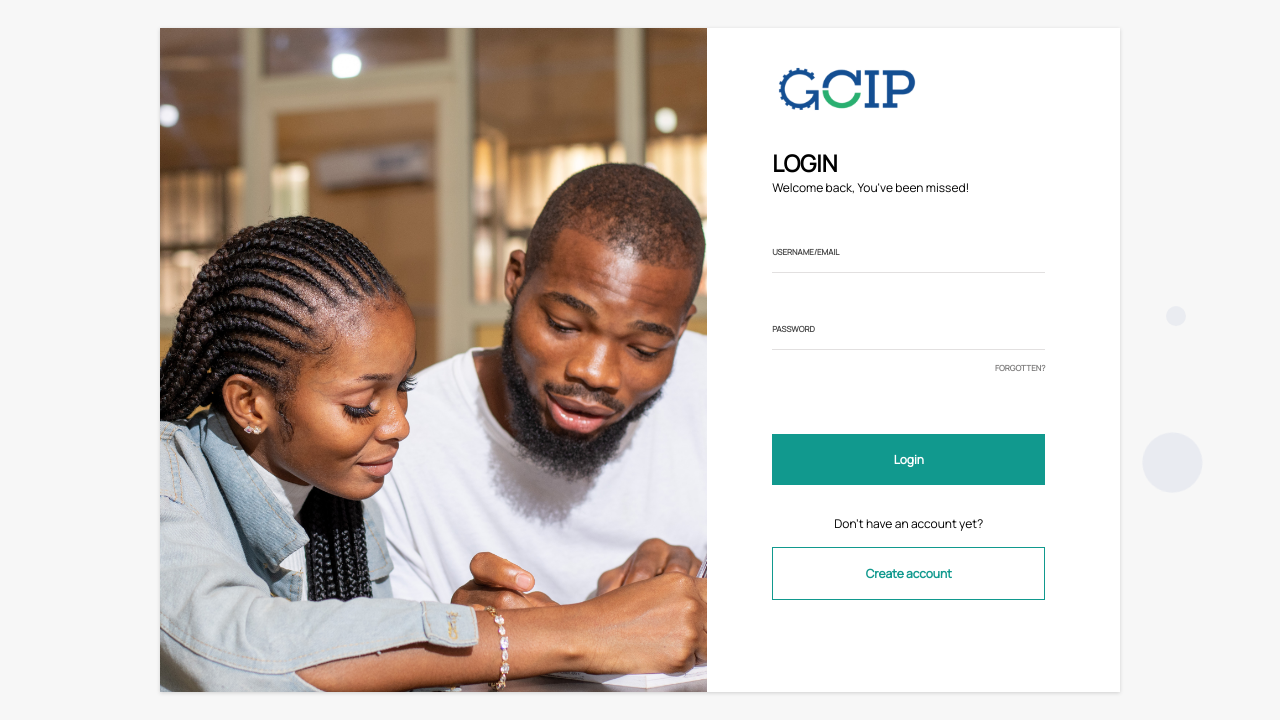
Repository: mualiyu/GCIP-Applicant-Portal
Page: /
An editor plug-in stored every save of this project. The page is shown before and after the next save, followed by the edit.
The browser window is 1280 px wide. The pictures show the whole page.
The project was rebuilt for these pictures with package versions that can differ from the ones it lists, and the page was loaded fresh each time. Also part of the build but not shown: vite.config.ts, src/pages/styles/login.css, src/components/Common.tsx, src/components/styles/input.css, src/components/Input.tsx, src/components/styles/button.css, src/assets/Colors/Colors.ts, src/components/Button.tsx and 81 more.

Above is the page before, as saved 2024-03-13 05:35:15.

### index.html
<!DOCTYPE html>
<html lang="en">

<head>
  <meta charset="UTF-8" />
  <meta http-equiv="Cache-Control" content="no-cache, no-store, must-revalidate">
  <meta http-equiv="Pragma" content="no-cache">
  <meta http-equiv="Expires" content="0">
  <link rel="icon" type="image/svg+xml" href="/svg.svg" />
  <meta name="viewport" content="width=device-width, initial-scale=1.0" />
  <link rel="preconnect" href="https://fonts.googleapis.com" />
  <link rel="preconnect" href="https://fonts.gstatic.com" crossorigin />
  <link rel="preconnect" href="https://fonts.googleapis.com">
  <link rel="preconnect" href="https://fonts.gstatic.com" crossorigin>
  <link href="https://fonts.googleapis.com/css2?family=Manrope:wght@200;300;400&display=swap" rel="stylesheet">
  <link href="https://fonts.googleapis.com/css2?family=Roboto&display=swap" rel="stylesheet" />
  <title>AMP Grant Management Platform</title>
</head>

<body>
  <div id="root"></div>
  <script type="module" src="/src/main.tsx"></script>
</body>

</html>

### src/main.tsx
import React from "react";
import ReactDOM from "react-dom/client";
import App from "./App";
import { BrowserRouter } from "react-router-dom";
import { Provider } from "react-redux";
import { store } from "./redux/store";
import { persistor } from "./redux/store";
import { PersistGate } from "redux-persist/integration/react";

ReactDOM.createRoot(document.getElementById("root") as HTMLElement).render(
  <BrowserRouter>
    <React.StrictMode>
      <Provider store={store}>
        <PersistGate loading={null} persistor={persistor}>
          <App />
        </PersistGate>
      </Provider>
    </React.StrictMode>
  </BrowserRouter>
);

### src/App.jsx
import React from "react";
import { Route, Routes } from "react-router-dom";
import Login from "./pages/Login";
import SignUp from "./pages/SignUp";
import LayOut from "./pages/Dashboard/LayOut";
import Home from "./pages/Dashboard/Home";
import "./App.css";
import Verify from "./pages/Verify";
import ProgramHome from "./pages/Programme/ProgramHome";
import ProgramLayOut from "./pages/Programme/ProgramLayOut";
import Application from "./pages/Programme/Application";
import ProgramPage from "./pages/Dashboard/ProgramPage";
import Profile from "./pages/Programme/Profile";
import Document from "./pages/Programme/Document";
import "nprogress/nprogress.css";
import Messages from "./pages/Programme/Messages";
import ProtectedRoute from "./routes/ProtectedRoute";
import RedirectedRoute from "./routes/RedirectedRoute";
import ForgotPassword from "./pages/ForgotPassword";
import Grant from "./pages/Programme/components/request-for-grant";

export default function App() {
  return (
    <Routes>
      <Route
        element={
          <RedirectedRoute>
            <Login />
          </RedirectedRoute>
        }
        path="/"
      />
      <Route element={<SignUp />} path="/signup" />
      <Route element={<ForgotPassword />} path="/forgot" />
      <Route element={<Verify />} path="/verify/:token" />
      <Route
        path="Home"
        element={
          <ProtectedRoute>
            <LayOut />
          </ProtectedRoute>
        }>
        <Route index element={<Home />} />
        <Route path="Program/:id" element={<ProgramPage />} />
        <Route path="Profile" element={<Profile />} />
      </Route>
      <Route
        path="Programme"
        element={
          <ProtectedRoute>
            <ProgramLayOut />
          </ProtectedRoute>
        }>
        <Route index element={<ProgramHome />} />
        <Route path="Application" element={<Application />} />
        <Route path="Application/Grant" element={<Grant />} />
        <Route path="Message" element={<Messages />} />
        <Route path="Document" element={<Document />} />
        <Route path="Profile" element={<Profile />} />
      </Route>
    </Routes>
  );
}

### src/redux/store.ts
import { combineReducers, configureStore } from "@reduxjs/toolkit";
import userSlice from "./user/userSlice";
import userDetailSlice from "./user/userDetailSlice";
import storageSession from "reduxjs-toolkit-persist/lib/storage/session";
import { persistReducer, persistStore } from "redux-persist";
import programSlice from "./program/programSlice";
import storage from 'redux-persist/lib/storage'
import applicantSlice from "./applicant/applicantSlice";

const persistConfig = {
  key: "root",
  storage,
};
const rootReducer = combineReducers({
  user: userSlice,
  program:programSlice,
  applicant:applicantSlice
});
const persistedReducer = persistReducer(persistConfig, rootReducer);
export const store = configureStore({
  reducer: persistedReducer,
});
export const persistor = persistStore(store);

export type RootState = ReturnType<typeof store.getState>;

export type AppDispatch = typeof store.dispatch;

### src/pages/Login.jsx
import React, { useState } from "react";
import "./styles/login.css";
import Logo from "../assets/Images/or_logo.png";
import { Navigate, useLocation } from "react-router-dom";
import { Header, RegularText } from "../components/Common";
import Input from "../components/Input";
import Button from "../components/Button";
import { useNavigate } from "react-router";
import { useDispatch, useSelector } from "react-redux";
import { setUser } from "../redux/user/userSlice";
import * as Yup from "yup";
import { Fade } from "react-awesome-reveal";
import { useFormik } from "formik";
import Loading from "../components/Loading";
import query from "../helpers/query";
import Modal from "react-modal";
import Alert from "../components/Alert";
import { ArrowIcon } from "../assets/Svg/Index";
import { FaWindowClose } from "react-icons/fa";
const customStyles = {
  content: {
    top: "50%",
    left: "50%",
    right: "auto",
    bottom: "auto",
    marginRight: "-50%",
    transform: "translate(-50%, -50%)",
    maxHeight: "90vh",
    minWidth: "50vw",
    overflowX: "hidden",
  },
  overlay: {
    backgroundColor: "rgba(0,0,0,0.5)",
  },
};

import {
  setEducatioanlQualification,
  setMembership,
  setPersonalDetails,
  setSupportingDocs,
} from "../redux/user/userDetailSlice";
import { useEffect } from "react";
function Login() {
  const navigate = useNavigate();
  const [loading, setLoading] = useState(false);
  const [alertText, setAlert] = useState("");
  const [openAdvisableModal, setOpenAdvisableModal] = useState(true);
  const [alertText2, setAlert2] = useState("");
  const [modalIsOpen, setIsOpen] = useState(false);
  const [resetValue, setReset] = useState("");
  const data = useSelector((data) => data);
  let location = useLocation();

  const dispatch = useDispatch();
  const initialValues = {
    username: "",
    password: "",
  };
  const validationSchema = Yup.object({
    password: Yup.string()
      .min(6, "Password must be more than six characters")
      .required(),
    username: Yup.string().required(),
  });
  const formik = useFormik({
    initialValues,
    onSubmit: async (values) => {
      values.device_name = 1234;
      setLoading(true);
      const response = await query({
        method: "POST",
        url: "/api/applicant/login",
        bodyData: values,
      });
      setLoading(false);
      setAlert("Oops! there seems to be an error. Confirm login credientials");
      setTimeout(() => {
        setAlert("");
      }, 5000);
      console.log(response);
      if (response.success) {
        setAlert("Logged In");
        console.log(response);
        localStorage.setItem("authToken", response.data.data.token);
        dispatch(
          setUser({
            user: {
              email: response.data.data.user.email,
              name: response.data.data.user.name,
              isLoggedIn: true,
              token: response.data.data.token,
              phone: response.data.data.user.phone,
              id: response.data.data.user.id,
              username: response.data.data.user.username,
              address: response.data.data.user.address,
              rcNumber: response.data.data.user.rc_number,
              inCharge: response.data.data.user.person_incharge,
            },
          })
        );
        navigate("/Home");
      } else {
        console.log(response.data.message);
        setAlert(response.data.message);
      }
      setTimeout(() => {
        setAlert("");
      }, 3000);
    },
    validationSchema,
  });

  return (
    <Fade>
      <section className="wrapper bubble">
        <Loading loading={loading} />
        <Alert text={alertText} />
        <div className="col-9 flex flex-center shadow_light auth mt-xl light bubble3">
          <div className="col-8 login-banner"></div>
          <div className="col-5 pl-xl pr-xl bubble2">
            <div className="form-container">
              <img
                src="../../src/assets/images/gcip_logo.png"
                alt="GCIP Logo"
                height="50"
                width="150"
              />
              <h2 className="title mt-xl heading">Login </h2>
              <p className="sub_title mb-xl">
                {" "}
                Welcome back, You've been missed!
              </p>

              {/* <form className="mt-xxl"> */}
              <div className="form__group field col-12">
                <input
                  type="input"
                  className="form__field"
                  placeholder="Username"
                  id="username"
                  onChange={formik.handleChange}
                  required
                />
                <label for="username" className="form__label">
                  Username/Email
                </label>
              </div>
              <div className="form__group field col-12">
                <input
                  type="password"
                  className="form__field"
                  placeholder="******"
                  id="password"
                  onChange={formik.handleChange}
                  required
                />
                <label for="password" className="form__label">
                  Password
                </label>
              </div>
              <p className="sub-title right uppercase mt-n20">
                {" "}
                <a
                  onClick={() => {
                    navigate("forgot");
                  }}
                  className="forgotten pointer bold">
                  Forgotten?
                </a>
              </p>
              <button
                className="btn btn-lg btn-accent bold mt-xxl"
                onClick={formik.handleSubmit}>
                Login
              </button>

              <div className="mt-xl">
                <p className="center m-md">Don't have an account yet? </p>
                <button
                  className="btn btn-lg btn-secondary bold"
                  onClick={() => navigate("signup")}>
                  Create account
                </button>
              </div>
            </div>
          </div>
        </div>
      </section>

      {/* <Modal
          isOpen={openAdvisableModal}
          appElement={document.getElementById("root")}
          style={customStyles}>
          <div
            className=""
            style={{
              display: "flex",
              flexDirection: "column",
            }}>
            <Header text="Note" />
            <div className="">
              <p style={{ lineHeight: "2em" }}>
                For better experience, it is advisable you use the Google Chrome
                or Mozilla Firefox browser.
              </p>
            </div>

            <div
              style={{
                display: "flex",
                width: "25%",
                marginTop: 48,
                justifyContent: "space-between",
                marginLeft: "auto",
              }}>
              <Button
                onClick={() => {
                  setOpenAdvisableModal(false);
                }}
                fontStyle={{
                  color: "var(--primary)",
                }}
                style={{
                  width: 134,
                  backgroundColor: "#fff",
                  border: "1px solid var(--primary)",
                }}
                label="CLOSE"
              />
            </div>
          </div>
        </Modal> */}
      {/* </div> */}
    </Fade>
  );
}

export default Login;

### src/redux/user/userSlice.ts
import { createAsyncThunk, createSlice } from "@reduxjs/toolkit";
import type { PayloadAction } from "@reduxjs/toolkit";

export interface UserState {
  user: {
    name: string;
    phone: string;
    username: string;
    id: number;
    email: string;
    token: string;
    isLoggedIn: boolean;
    rcNumber: string;
    inCharge: string;
    address: string;
  };
  jv?: any[];
  unread?: number;
}

const initialState: UserState = {
  user: {
    name: "",
    phone: "",
    email: "",
    token: "",
    id: 0,
    username: "",
    isLoggedIn: false,
    rcNumber: "",
    inCharge: "",
    address: "",
  },
  jv: [],
  unread: 0,
};

export const userSlice = createSlice({
  name: "user",
  initialState,
  reducers: {
    setUser: (state, action: PayloadAction<UserState>) => {
      state.user = action.payload.user;
    },
    setJv: (state, action) => {
      state.jv = action.payload;
    },
    setUnread: (state, action) => {
      state.unread = action.payload;
    },
  },
});

// Action creators are generated for each case reducer function
export const { setUser, setJv, setUnread } = userSlice.actions;

export default userSlice.reducer;

### src/redux/applicant/applicantSlice.ts
import { createAsyncThunk, createSlice } from "@reduxjs/toolkit";
import type { PayloadAction } from "@reduxjs/toolkit";

export interface ApplicantState {
  applicant: {
    lots?: {
      name: string;
      region: string;
      category: string;
      subLots?: any[];
    }[];
    subLots?: any[];
    status: string;
    id?: string;
  };
  categories?: any;
  regions?: any;
  application?: {
    applicant_id?: string;
    id?: string;
    program_id?: string;
  };
  activeTab?: number;
}

const initialState: ApplicantState = {
  applicant: {
    lots: [],
    subLots: [],
    status: "",
    id: "",
  },
  categories: [],
  regions: [],
  application: {
    applicant_id: "",
    program_id: "",
    id: "",
  },
  activeTab: 0,
};

export const applicant = createSlice({
  name: "applicant",
  initialState,
  reducers: {
    setLots: (state, action) => {
      state.applicant.lots = action.payload;
    },
    setCategories: (state, action) => {
      state.categories = action.payload;
    },
    setRegions: (state, action) => {
      state.regions = action.payload;
    },
    setStatus: (state, action) => {
      state.applicant.status = action.payload;
    },
    setSubLots: (state, action) => {
      state.applicant.subLots = action.payload;
    },
    setApplication: (state, action) => {
      state.application = action.payload;
    },
    setActiveTab: (state, action) => {
      state.activeTab = action.payload;
    },
    setLotId: (state, action) => {
      state.applicant.id = action.payload;
    },
  },
});

// Action creators are generated for each case reducer function
export const {
  setCategories,
  setLots,
  setRegions,
  setStatus,
  setSubLots,
  setApplication,
  setActiveTab,
  setLotId
} = applicant.actions;

export default applicant.reducer;

### src/components/Loading.tsx
import React from "react";
import "./styles/loading.css";
import ClipLoader from "react-spinners/ClipLoader";

import LoadingImage from "../assets/Images/load.gif";
// import { DotLoader } from "react-spinners";
import {MoonLoader} from "react-spinners";
interface LoadingProps {
  loading: boolean;
  size: 60
}

export default function Loading({ loading, size}: LoadingProps) {
  return (
    <div className={`loading ${loading ? "active" : null}`}>
      {/* <img src={LoadingImage} /> */}
      <MoonLoader color="#006438"
      loading={loading}
      size={size}
      // style={style}
      speedMultiplier={0.6}
      aria-label="Loading Spinner"
      data-testid="loader" />
      {/* <DotLoader
        color='#33745d'
        loading={loading}
        size={150}
        aria-label="Loading Spinner"
        data-testid="loader"
      /> */}

    </div>
  );
}

### src/helpers/query.ts
import axios from "axios";
import { useState } from "react";
interface QueryParams {
  method: string;
  url: string;
  bodyData?: {};
  token?: string | any;
}
export default async function query({
  method,
  url,
  bodyData,
  token = "",
}: QueryParams) {
  let headers1 = {
    "Content-Type": "application/json",
    Authorization: "Bearer " + token, //`Bearer ${token}`
  };
  let headers2 = {
    "Content-Type": "application/json",
  };
  const conditionalHeader = token ? headers1 : headers2;

  // console.log("Your Test token is " + token)

  try {
    if (method == "GET") {
      var response = await fetch(
        `https://api.grants.amp.gefundp.rea.gov.ng${url}`,
        {
          headers: conditionalHeader,
          method,
        }
      );
    } else {
      var response = await fetch(
        `https://api.grants.amp.gefundp.rea.gov.ng${url}`,
        {
          method,
          headers: conditionalHeader,
          body: JSON.stringify(bodyData),
        }
      );
      console.log(JSON.stringify(bodyData), "jssss");
    }

    const data = await response.json();
    if (data.status) {
      return { success: true, data: data };
    } else {
      return { success: false, data: data };
    }
  } catch (err) {
    return { success: false, error: err };
  }
}

### src/components/Alert.tsx
import React from "react";
import "./styles/alert.css";
export default function Alert({ text }: { text: string }) {
  return (
    <div className={`alert ${text ? "active" : null}`}>
      <span>{text}</span>
    </div>
  );
}

### src/redux/user/userDetailSlice.ts
import { createSlice } from "@reduxjs/toolkit";
import type { PayloadAction } from "@reduxjs/toolkit";


export interface UserDetailState {
  personalDetails?: {
    firstName?: string;
    lastName?: string;
    email?: string;
    dob?: string;
    gender?: string;
    phone?:string;
    state?: string;
    zone?:string;
    password?:string;
    _id?:string;
  };
  supportingDocs?: {}[];
  educationalQualification?: {}[];
  membership?: string;
}

const initialState: UserDetailState = {
  personalDetails: {},
  supportingDocs: [],
  educationalQualification: [],
  membership: "",
};

export const loginSlice = createSlice({
  name: "userDetails",
  initialState,
  reducers: {
    setPersonalDetails: (state, action: PayloadAction<UserDetailState>) => {
      state.personalDetails = action.payload.personalDetails;
    },
    setSupportingDocs: (state, action: PayloadAction<UserDetailState>) => {
      state.supportingDocs = action.payload.supportingDocs;
    },
    setEducatioanlQualification: (
      state,
      action: PayloadAction<UserDetailState>
    ) => {
      state.educationalQualification = action.payload.educationalQualification;
    },
    setMembership: (state, action: PayloadAction<UserDetailState>) => {
      state.membership = action.payload.membership;
    },
  },
});

export const {
  setPersonalDetails,
  setSupportingDocs,
  setEducatioanlQualification,
  setMembership,
} = loginSlice.actions;

export default loginSlice.reducer;

### src/components/styles/loading.css
.loading{
position: absolute;
top: 0;
right: 0;
left: 0;
bottom: 0;
background-color:rgba(0, 0, 0, 0.5);
z-index:99999;
display: flex;
justify-content: center;
align-items: center;
opacity: 0;
pointer-events: none;
transition: all 0.2s;
}
.loading.active{
    opacity: 1;
    pointer-events: all;
}

### src/components/styles/alert.css
.alert{
    width: 30vw;
    height: 50px;
    background-color: #006438;
    box-shadow: 0px 0px 2px rgba(0, 0, 0, 0.5);
    position: fixed;
    top: 0;
    right: -20px;
    margin-top: 20px;
    margin-right: 20px;
    transition: all 0.4s;
    transform: translateX(1000px);
    display: flex;
    justify-content: center;
    align-items: center;
    color: #fff;
    z-index: 9999999999999999;
}
.alert.active{
    transform: translateX(0px);
}
.alert span{
    font-size: 15px;
    text-align: left;
}
@media only screen and (max-width: 767px) {
    .alert{
        width: 80%;
        background-color: rgba(0, 100, 0, 0.4);
    }
}

### src/pages/styles/submit.css
* {
  padding: 0;
  margin: 0;
}

.review-container {
  margin-top: 20px;
}

.review_table {
  border-collapse: collapse;
  margin: 25px 0;
  width: 100%;
  text-transform: uppercase;
}
.review_table thead tr {
  background-color: #009879;
  color: #ffffff;
  font-size: 11px;
}
.review_table thead th {
  text-transform: uppercase;
}
.review_table th,
.review_table td {
  padding: 5px 10px;
}
.no-record {
    color: red;
    padding: 20px;
}
.my-60 {
  margin : 60px 0;
}

.horizontal-line {
  border: 1px dashed #ccc;
}
.review-header {
  color: #006438;
  font-size: medium;
  padding: 10px 0px;
  text-transform: uppercase;
}

.directors-container {
  display: flex;
  justify-content: space-between;
  padding: 0px 5px;
  border: 1px dashed #ccc;
  text-align: left;
  margin: 40px auto;
}

tbody tr:last-of-type, tbody tr  {
  border-bottom: none;
}
.directors-container .first {
  border-right: 1px dashed #ccc;
}
.directors-container div {
  width: 50%;
  padding: 10px;
}
.document-upload {
  width: 100%;
}


@media print
{
    .no-print, .no-print *
    {
        display: none !important;
    }
    .tab_main_container {
    size: A4!important;
    padding: 20px!important;
  }
}

Loaded but not shown: src/App.css (861 lines, source omitted); src/redux/program/programSlice.tsx (152 lines, source omitted)

After the next save:
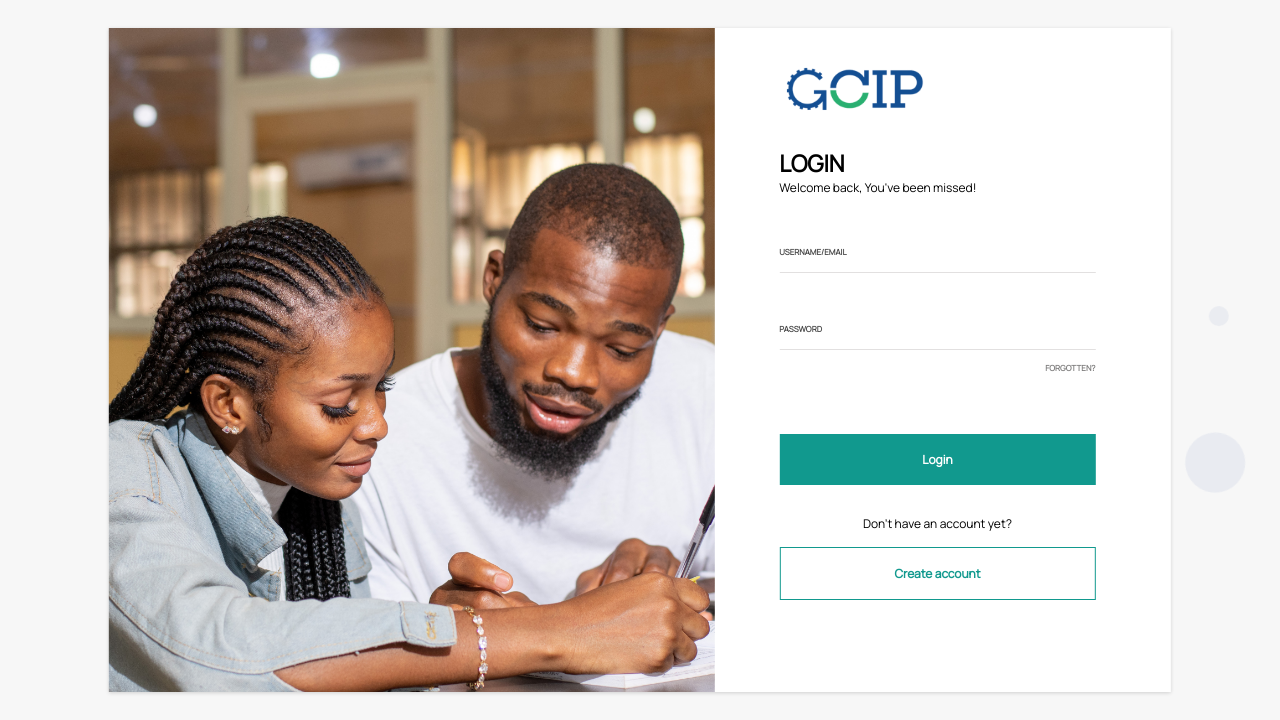
Saved 40 s later.
--- a/src/pages/Login.jsx
+++ b/src/pages/Login.jsx
@@ -116,7 +116,7 @@ function Login() {
       <section className="wrapper bubble">
         <Loading loading={loading} />
         <Alert text={alertText} />
-        <div className="col-9 flex flex-center shadow_light auth mt-xl light bubble3">
+        <div className="col-10 flex flex-center shadow_light auth mt-xl light bubble3">
           <div className="col-8 login-banner"></div>
           <div className="col-5 pl-xl pr-xl bubble2">
             <div className="form-container">
